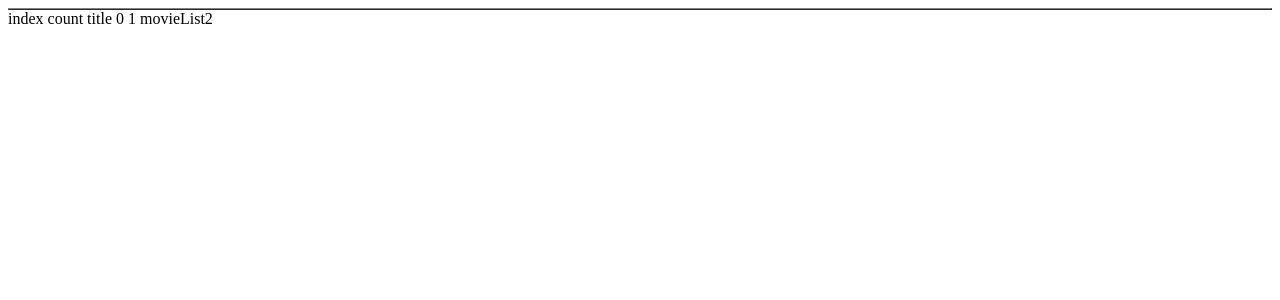
Repository: o3orr/jsp_study
Page: http://localhost/web-study-07/16_moveList.jsp
These files come from the project's save history. The page is drawn as it stood at one moment and after the next save; the edit follows.
The browser window is 1280 px wide. The pictures show the whole page.
The page is served by Tomcat 9.

Above is the page before, as saved 2024-03-05 01:49:53.

After the next save:
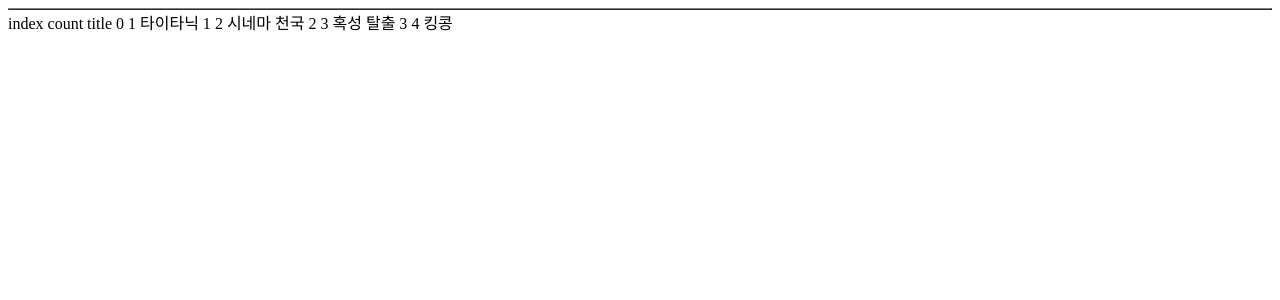
Saved 26 s later.
--- a/web-study-07/src/main/webapp/16_moveList.jsp
+++ b/web-study-07/src/main/webapp/16_moveList.jsp
@@ -22,11 +22,11 @@
 		<th>title</th>
 	</tr>
 
-	<c:forEach items="movieList2" var="movie" varStatus="status">
+	<c:forEach items="${movieList2}" var="movie" varStatus="status">
 	<tr>
-		<th>${status.index}</th> <!-- status는 자동생성 -->
-		<th>${status.count}</th>
-		<th>${movie}</th>
+		<td>${status.index}</th> <!-- status는 자동생성 -->
+		<td>${status.count}</th>
+		<td>${movie}</th>
 	</tr>
 	</c:forEach>
 </body>
